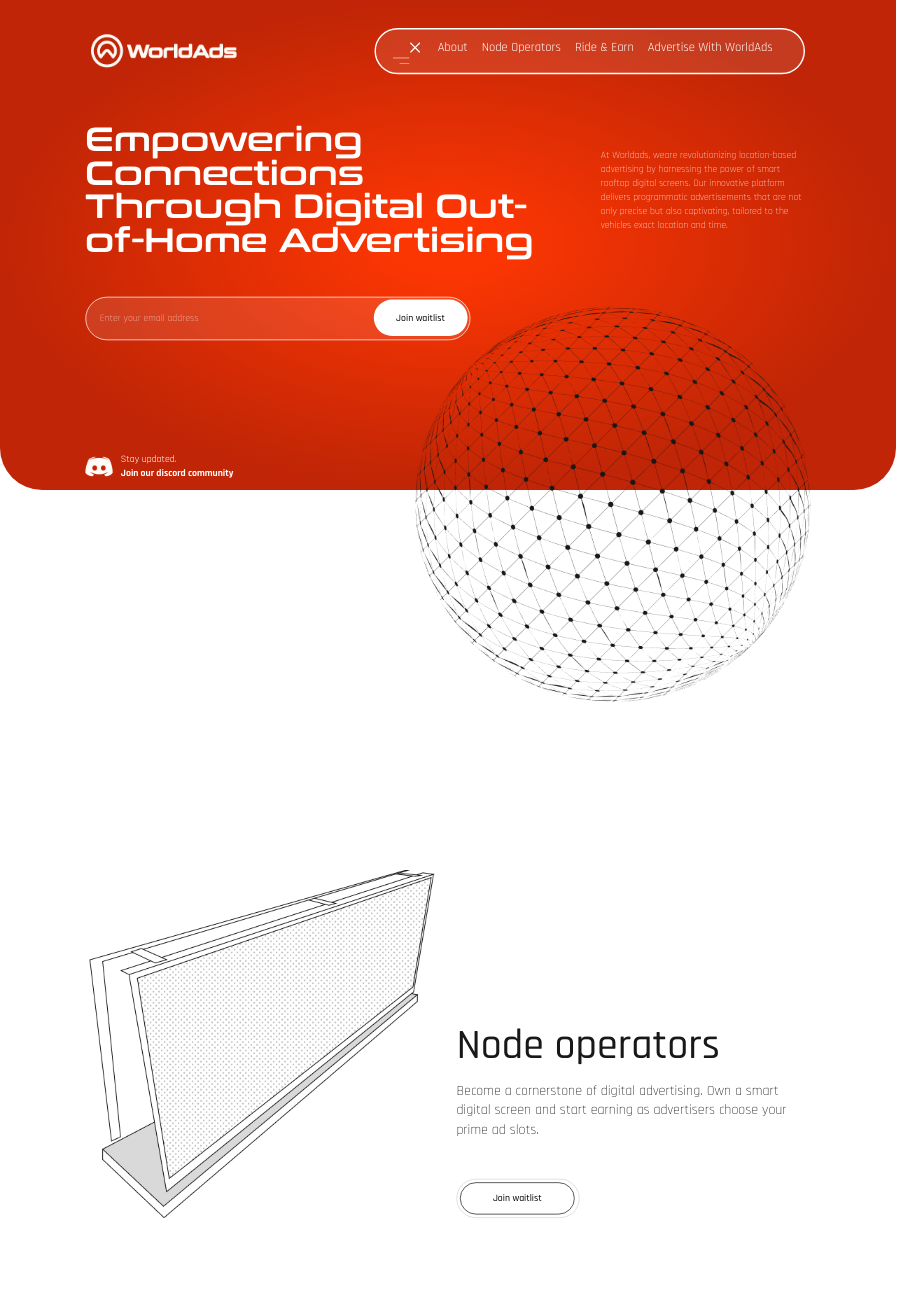
Repository: Abdul-Hannan232/worldAds
Page: /
These files come from the project's save history. The page is drawn as it stood at one moment and after a run of saves; the edit follows.
The browser window is 1280 px wide. The page is 1283 px wide, so the pictures cover 1283 px, including what lies to the right of the window. The pictures show the part of the page from y = 0 to 1880 px (the page is 3879 px tall), at 70% of full size.
The project was rebuilt for these pictures with package versions that can differ from the ones it lists, and the page was loaded fresh each time. The framework's server and built-in components were replaced by stand-ins that run in the browser. Also part of the build but not shown: next.config.mjs, app/component/NavContent.jsx.

Above is the page before, as saved 2024-05-10 22:24:36.

### app/page.tsx
import Image from "next/image";
import Header from "./component/Header"
import Main from "./component/Main";
import NavContent from "./component/NavContent";
import Advertise from "./component/advertise"
import Footer from "./component/footer"
import NodeOperator from "./component/nodeOperator"
import RideEarn from "./component/rideEarn"
export default function Home() {
  return (
    <>
      <div>
        <Header />
        <Main />
        <NodeOperator />
        <RideEarn />
        <Advertise />
        <Footer />
      </div>
    </>
  );
}

### app/globals.css
@import url('https://fonts.googleapis.com/css2?family=Exo+2:ital,wght@0,100..900;1,100..900&family=Rajdhani:wght@300;400;500;600;700&display=swap');

@tailwind base;
@tailwind components;
@tailwind utilities;
html{
  scroll-behavior: smooth;
}
.body {
  overflow-x: hidden; /* Hide scrollbars */
}
.dropdown-content {
  max-height: 0;
  overflow: hidden;
  transition: max-height 0.3s ease-in-out;
}

.dropdown-content.show {
  max-height: 100px; /* Set the max-height to whatever you prefer */
}

*{
  font-family: "Rajdhani", sans-serif;
  font-weight: 400;
  font-style: normal;
}
.background{
  background-image: url("/background.png");
  background-position: center;
  background-repeat: no-repeat;
  background-size: cover;

}
:root {
  --foreground-rgb: 0, 0, 0;
  --background-start-rgb: 214, 219, 220;
  --background-end-rgb: 255, 255, 255;
}

@media (prefers-color-scheme: dark) {
  :root {
    --foreground-rgb: 255, 255, 255;
    --background-start-rgb: 0, 0, 0;
    --background-end-rgb: 0, 0, 0;
  }
}

/* body {
  color: rgb(var(--foreground-rgb));
  background: linear-gradient(
      to bottom,
      transparent,
      rgb(var(--background-end-rgb))
    )
    rgb(var(--background-start-rgb));
} */

@layer utilities {
  .text-balance {
    text-wrap: balance;
  }
}

@font-face {
  font-family: 'font1';
  src: url('/assets/fonts/conthrax-sb.otf');
}

.font1{
  font-family: "font1" !important;
}

*{
  box-sizing: border-box !important
}

.gradient-color{
  background: radial-gradient(50% 50% at 50% 50%, #FC3603 11%, #BF2506 100%) !important;

}



/* pre loader */


/* styles.css or Preloader.module.css */
.preloader {
  display: flex;
  justify-content: center;
  align-items: center;
  height: 100vh;
}

.spinner {
  border: 4px solid red;
  border-top: 4px solid transparent;
  border-radius: 50%;
  width: 50px;
  height: 50px;
  animation: spin 1s linear infinite;
}
.preloader .spinner p{
  margin-left: 10px;
  color:red
}

@keyframes spin {
  0% { transform: rotate(0deg); }
  100% { transform: rotate(360deg); }
}

### app/component/Header.jsx
"use client"
import React, { useState, useEffect } from 'react';
import NavContent from './NavContent';
import { RxCross2 } from "react-icons/rx";

const Header = () => {
    const [isDrawerOpen, setIsDrawerOpen] = useState(false);
    const [isHeaderFixed, setIsHeaderFixed] = useState(false);
    const [open, setOpen] = useState(false);

    const handleDrawerToggle = () => {
        setIsDrawerOpen(!isDrawerOpen);
        console.log('Drawer open state:', isDrawerOpen);
    };

    const dropDownOpen = () => {
        setOpen(!open);
    }

    useEffect(() => {
        const handleScroll = () => {
            const scrollPosition = window.scrollY;

            if (scrollPosition > 10) {
                setIsHeaderFixed(true);
            } else {
                setIsHeaderFixed(false);
            }
        };

        window.addEventListener('scroll', handleScroll);

        return () => {
            window.removeEventListener('scroll', handleScroll);
        };
    }, []);

    const scrollToSection = (sectionId) => {
        const section = document.getElementById(sectionId);
        if (section) {
            const topOffset = section.offsetTop;
            const windowHeight = window.innerHeight;
            const scrollTo = topOffset - (windowHeight / 2 - section.offsetHeight / 2);
            window.scrollTo({ top: scrollTo, behavior: 'smooth' });
        }
    };

    return (
        <div className={`fixed w-full z-40 ${isHeaderFixed ? 'bg-red-600 py-5 lg:p-5' : 'bg-transparent py-10 lg:p-10'}`}>
            <div className="relative w-[85%] mx-auto flex justify-between items-center bg-transparent">
                <img src="./assets/images/logo.png" alt="Logo" className="lg:w-52 lg:h-12 w-36 h-8" />
                <button
                    className="bg-[#FFFFFF1A]   border-2 border-white lg:px-6 lg:py-3 px-3 py-1 hover:border rounded-[100px]"
                    type="button"
                    onClick={dropDownOpen}
                >
                    <div>
                        <ul className="px-5 flex items-center space-x-5 text-lg text-white justify-between">
                            <li><RxCross2 className="text-2xl font-bold" /></li>
                            <li><a href="#">About</a></li>
                            <li><a href="#nodeOperator" onClick={() => scrollToSection('nodeOperator')}>Node Operators</a></li>
                            <li><a href="#ride">Ride & Earn</a></li>
                            <li><a href="#advertise">Advertise With WorldAds</a></li>
                        </ul>
                    </div>
                    {open && (
                        <div className="absolute lg:block hidden top-0 right-0 border-2 bg-red-600 border-white rounded-full p-2">
                            <ul className="px-5 flex items-center space-x-5 text-lg text-white justify-between">
                                <li><a href="#">About</a></li>
                                <li><a href="#nodeOperator" onClick={() => scrollToSection('nodeOperator')}>Node Operators</a></li>
                                <li><a href="#ride">Ride & Earn</a></li>
                                <li><a href="#advertise">Advertise With WorldAds</a></li>
                                <li><RxCross2 className="text-2xl font-bold" /></li>
                            </ul>
                        </div>
                    )}

                    <img src="./assets/images/bars.svg" alt="Menu" className="w-6" />
                </button>
            </div>
        </div>
    );
};

export default Header;

### app/component/Main.jsx
import React from 'react'

const Main = () => {
    return (
        <>
            <div className='gradient-color h-[700px] w-full rounded-b-[60px] lg:pt-40 pt-24 px-5  sm:px-16 pb-14 relative  '>
                <div className="lg:w-[90%] w-[95%] mx-auto">


                    <div className="lg:flex lg:items-center justify-between ">

                        <div className="my-4">
                            <h1 className="lg:text-5xl text-2xl  lg:w-[650px] lg:text-start text-center text-white font1 ">Empowering Connections Through Digital Out-of-Home Advertising</h1>



                        </div>

                        <div className='my-4'>

                            <p className='text-white text-left font-light lg:text-sm text-xs lg:text-start text-center lg:w-[300px]'>At Worldads, weare revolutionizing location-based advertising by harnessing the power of smart rooftop digital screens. Our innovative platform delivers programmatic advertisements that are not only precise but also captivating, tailored to the vehicles exact location and time.</p>
                        </div>
                    </div>

                    <div class="relative lg:w-[550px]  rounded-[100px] mt-10">

                        <input type="text" id="default-search" className="block w-full lg:p-5 p-3  -10 lg:text-sm text-xs text-gray-900 bg-[#FFFFFF1A] border border-white focus:ring-white focus:border-white rounded-[100px] placeholder:text-[#FFFFFF80] " placeholder="Enter your email address" required />
                        <button type="submit" className=" absolute end-1 top-1 font-bold bg-white hover:bg-white-800 focus:ring-4 font-bold focus:outline-none focus:ring-none font-medium rounded-[100px] lg:text-sm text-xs lg:px-8 px-5 lg:py-4 py-2">Join waitlist</button>
                    </div>

                 <div className='relative'>

                    <div className="flex items-center gap-3 lg:mt-40 mt-5 lg:justify-start justify-center ">
                            <img src="./assets/images/discord.png" />
                            <div>
                                <p className="text-white text-sm">Stay updated.</p>
                                <p className="text-white font-bold text-sm">Join our discord community</p>
                            </div>
                        </div>
                        <img src="./assets/images/Vector(Black).png" className="text-white absolute  lg:-top-52 right-0 top-14" />

                    </div>
                </div>
            </div>
        </>
    )
}

export default Main

### app/component/advertise.jsx
"use client"
import Image from "next/image";
import { useState } from "react";
export default function Advertise() {
  const [precision, setPrecision] = useState(false)
  const precisionOpen = () => {
    setPrecision(!precision)
    setDynamic(false)
    setScalable(false)
  }
  const [dynamic, setDynamic] = useState(false)
  const dynamicDrop = () => {
    setDynamic(!dynamic)
    setScalable(false)
    setPrecision(false)
  }
  const [scalable, setScalable] = useState(false)
  const ScalableDrop = () => {
    setScalable(!scalable)
    setDynamic(false)
    setPrecision(false)
  }
  return (
    <div className="">
      <div id="advertise" className="xl:pl-32 2xl:pl-40   lg:flex lg:mt-48 mt-32 w-full background gap-24">
        <div className="-mt-14">
          <Image src="" alt="image" width={226} height={426} className="lg:w-[526px] lg:h-[726px] 2xl:w-[650px] 2xl:h-[926px]  lg:mx-0 mx-auto" />
        </div>
        <div className="lg:w-[60%] w-[90%]  lg:mx-0 mx-auto lg:mt-40 mt-10">
          <h1 className="xl:text-6xl text-5xl 2xl:text-8xl lg:text-start text-center font-medium text-[#181818]">Advertise with</h1>
          <h1 className="xl:text-6xl text-5xl 2xl:text-8xl lg:text-start text-center font-medium text-[#FC3603]">WorldAds</h1>
          <p className="xl:text-xl lg:text-lg text-sm 2xl:text-2xl lg:w-[400px] 2xl:w-[600px] mt-4 lg:text-start text-center text-[#030303]">Seize the spotlight in bustling areas with high-traffic visibility. Make your brand the center of attention with</p>
          <div className="h-[300px] overflow-scroll body">
            <div className="flex items-center lg:justify-start justify-center w-full gap-5 mt-10">
              <h1
                onClick={precisionOpen}
                className={`${precision ? "xl:text-3xl text-[#030303]" : "xl:text-2xl text-gray-400"
                  } cursor-pointer lg:text-2xl lg:text-start text-center text-2xl 2xl:text-6xl xl:w-[80%] lg:w-[80%] 2xl:w-[90%] font-bold`}
              >
                Precision Targeting
              </h1>
              <hr className={`${precision ?"lg:block hidden":"hidden"}   border w-[80%] l  border-[#FC3603]`} />
            </div>
            <div className={`transition-all duration-500 ${precision ? 'max-h-96' : 'max-h-0 overflow-hidden'}`}>
              {precision && (
                <p
                  className="lg:text-xl text-sm 2xl:text-2xl lg:w-80 lg:text-start w-40 lg:mx-0 mx-auto text-center mt-5"
                >
                  Reach your ideal audience at the right time and place.
                </p>
              )}
            </div>
            <hr className="border lg:border-[#7E7E7E33]  border-[#FC3603] lg:w-80 w-60 lg:mx-0 mx-auto my-5" />
            <div className="flex items-center lg:justify-start justify-center gap-5 w-full mt-10">
              <h1
                onClick={dynamicDrop}
                className={`${dynamic ? "xl:text-2xl text-[#030303]" : "xl:text-xl text-gray-400"
                  } lg:text-2xl cursor-pointer text-2xl 2xl:text-6xl font-bold lg:text-start text-center xl:w-[50%] lg:w-[45%] 2xl:w-[60%]`}
              >
                Dynamic HD Quality Ads
              </h1>
              <hr className={`${dynamic  ?"lg:block hidden":"hidden"}   border w-[50%]  2xl:w-[400px] border-[#FC3603]`} />
            </div>
            <div className={`transition-all duration-500 ${dynamic ? 'max-h-96' : 'max-h-0 overflow-hidden'}`}>
              {dynamic && (
                <p
                  className="lg:text-xl text-sm 2xl:text-2xl lg:w-80 w-52 lg:mx-0 mx-auto lg:text-start text-center mt-5"
                >
                  Captivate viewers with stunning, crystal-clear advertisements.
                </p>
              )}
            </div>
            <hr className="border lg:border-[#7E7E7E33]  border-[#FC3603] lg:w-80 w-60 lg:mx-0 mx-auto my-5" />
            <div className="flex items-center lg:justify-start justify-center w-full mt-10">
              <h1
                onClick={ScalableDrop}
                className={`${scalable ? "xl:text-3xl text-[#030303]" : "xl:text-2xl text-gray-400"
                  } cursor-pointer xl:text-xl lg:text-3xl text-2xl 2xl:text-6xl font-bold lg:text-start text-center xl:w-[80%] lg:w-[60%] 2xl:w-full text-[#030303]`}
              >
                Scalable Geofenced Campaigns
              </h1>
              <hr  className={`${scalable ?"lg:block hidden":"hidden"}  border w-[73%] border-[#FC3603]`} />
            </div>
            <div className={`transition-all duration-500 ${scalable ? 'max-h-96' : 'max-h-0 overflow-hidden'}`}>
              {scalable && (
                <p
                  className="lg:text-xl text-sm 2xl:text-2xl lg:text-start text-center w-40 lg:mx-0 mx-auto lg:w-96 mt-5"
                >
                  Customize and scale your campaigns with precision.
                </p>
              )}
            </div>
            <hr className="border lg:border-[#7E7E7E33]  border-[#FC3603] lg:w-80 w-60 lg:mx-0 mx-auto my-5" />
            <div className="border border-gray-300 xl:mt-14 mt-10 rounded-full lg:mx-0 mx-auto  xl:w-44 w-36 ">
              <button className="text-center text-sm border xl:p-3 md:p-3 p-2 rounded-full  xl:w-[164px] w-[133px] font-medium m-1 border-[#181818]">Join waitlist</button>
            </div>
          </div>
        </div>

      </div>
    </div>
  )
}

### app/component/footer.jsx
import Image from "next/image"
export default function Footer() {
    return (
        <div className="bg-[#181818] ] w-full mt-20 lg:py-12 pt-12 lg:p-4">
            <div className="lg:w-[80%] w-[90%] lg:flex items-center justify-between mx-auto py-12" >
                <div>
                    <h1 className="lg:text-5xl text-3xl  lg:w-[500px] w-[250px] lg:mx-0 mx-auto font-medium lg:text-start text-center text-white">Innovating Digital Advertising</h1>
                </div>
                <div className="lg:flex text-white lg:mt-0 mt-10 items-center gap-10">
                    <div>
                        <ul className="text-lg lg:text-start text-center space-y-3">
                            <li>Blog</li>
                            <li>Contact Us</li>
                        </ul>
                    </div>
                    <div>
                        <ul className="text-lg lg:mt-0 mt-3 lg:text-start text-center space-y-3">
                            <li>Privacy Policy</li>
                            <li>Terms Of Service</li>
                        </ul>
                    </div>
                </div>
            </div>
            <div className="text-white relative mx-auto mt-5 lg:w-[80%]">
                <div className="flex items-center gap-1 w-40 lg:w-[80%] lg:mx-0 mx-auto">
                    <Image src="/Group.png" alt="logo" width={37.49} height={37.49}  className="lo "/>
                    <h1 className="text-2xl font-meidum">WorldsAds</h1>
                </div>
                <div className="flex items-center lg:justify-start w-[90%] lg:mx-0 mx-auto lg:w-[80%] justify-center mt-5 gap-10">
                    <p className="lg:text-sm text-[12px] lg:text-start text-center  font-light ">©2024 WorldAds Tech DAO LLC. All Right Reserved </p>
                    <hr className="border lg:block hidden border-[#707070] w-96" />
                </div>
                <Image src="/FooterImage.png" alt="vector" width={231.11} height={231.11} className="absolute lg:-top-16 lg:block hidden z-20 lg:-right-36 "/>
                <Image src="/FooterImage (1).png" alt="vector" width={551.11} height={451.11} className=" lg:hidden block mt-10 "/>

            </div>
        </div>
    )
}

### app/component/nodeOperator.jsx
import React from 'react'
import Image from 'next/image'
const NodeOperator = () => {
    return (
        <>
            <div id="nodeOperator" className="lg:flex w-[80%] mt-80 h-screen mx-auto items-end justify-between">
                <div >
                    <Image src="/Group 1.png" alt="Image" width={203} height={207} className="lg:w-[493px] lg:h-[497px] lg:mx-0 mx-auto " />
                </div>
                <div  className="xl:w-[500px]  md:w-[400px] lg:mt-0 mt-10 lg:mx-0 mx-auto">
                    <h1 className="xl:text-6xl md:text-5xl text-3xl font-medium lg:text-start text-center text-[#181818]">Node operators</h1>
                    <p className="xl:text-xl lg:text-sm text-md font-light lg:w-auto md:w-80  lg:text-sm md:text-md text-xs  lg:mx-0 mx-auto text-[#030303] lg:text-start text-center mt-5">Become a cornerstone of digital advertising. Own a smart digital screen and start earning as advertisers choose your prime ad slots.</p>
                    <div className="border border-gray-300 xl:mt-14 mt-10 rounded-full lg:mx-0 mx-auto  xl:w-44 w-36 ">
                        <button className="text-center text-sm border xl:p-3 md:p-3 p-2 rounded-full  xl:w-[164px] w-[133px] font-medium m-1 border-[#181818]">Join waitlist</button>
                    </div>
                </div>
            </div>


            </>
  )
}

export default NodeOperator

### app/component/rideEarn.jsx
import React from 'react'
import Image from "next/image";

const RideEarn = () => {
  return (
    <div>
         <div id="ride"className="flex lg:flex-row flex-col-reverse h-screen w-[80%] mt-20 mx-auto items-end justify-between">
          <div className="xl:w-[410px] md:w-[400px] lg:mt-0 mt-10 lg:mx-0 mx-auto">
            <h1 className="xl:text-6xl md:text-5xl text-3xl font-medium lg:text-start text-center text-[#181818]">Ride & Earn</h1>
            <p className="xl:text-lg lg:w-auto md:w-80  lg:text-sm md:text-md text-xs font-light lg:w-auto  lg:mx-0 mx-auto text-[#030303] lg:text-start text-center mt-5">Transform every journey into a profitable venture. Our Smart Rooftop Digital Screens turn miles into money, making every trip count.</p>
            <div className="border border-gray-300 xl:mt-14 mt-10 rounded-full lg:mx-0 mx-auto  xl:w-44 w-36 ">
              <button className="text-center text-sm border xl:p-3 md:p-3 p-2 rounded-full  xl:w-[164px] w-[133px] font-medium m-1 border-[#181818]">Join waitlist</button>
            </div>
          </div>
          <div >
            <Image src="/GroupCroped.png" alt="Image" width={453} height={357} className="lg:w-[563.48px] lg:h-[450.27px] lg:mx-0 mx-auto " />
          </div>
        </div>
    </div>
  )
}

export default RideEarn

Loaded but not shown: app/layout.tsx (common file); tailwind.config.ts (common file)

After the next 3 saves:
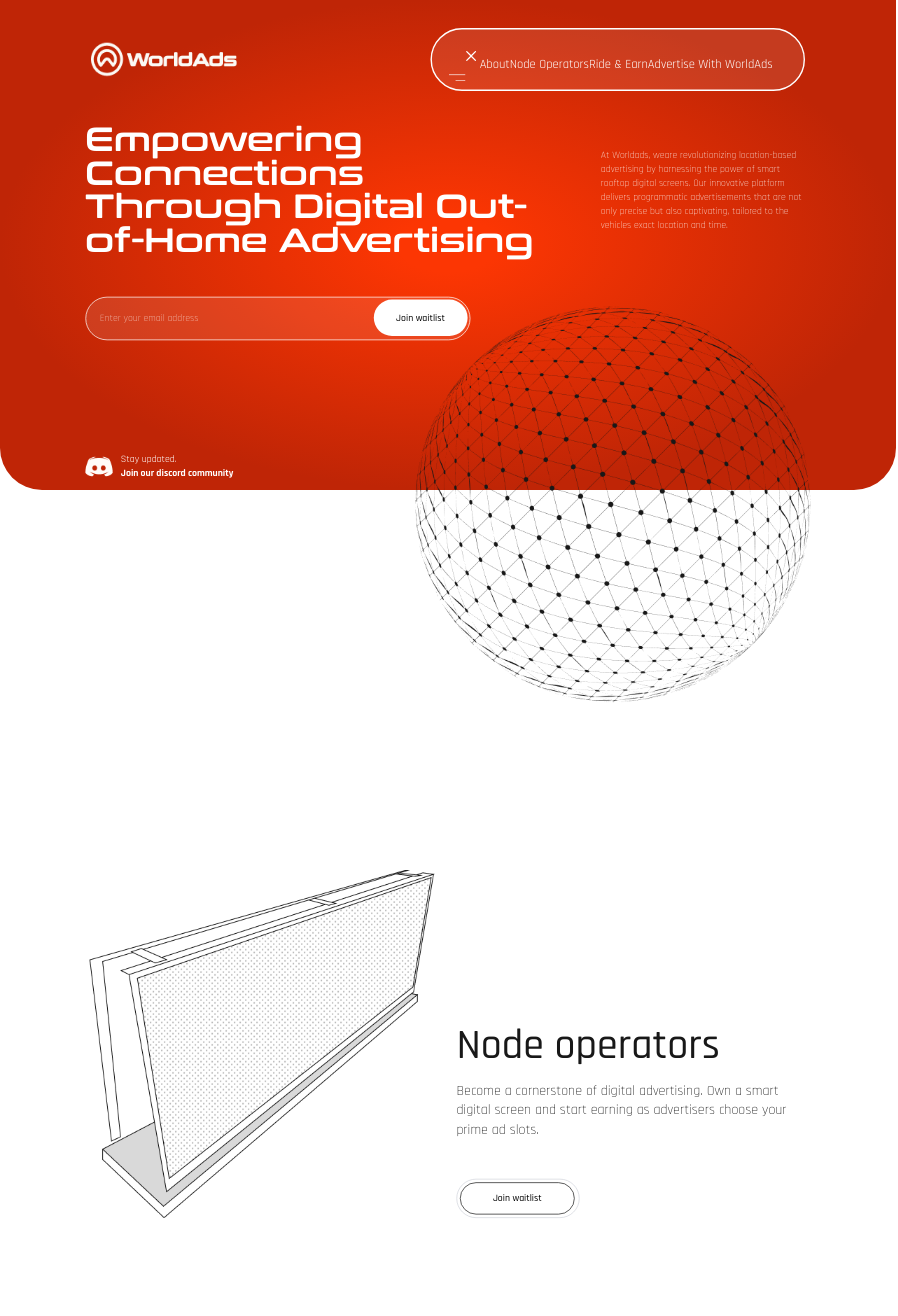
The 3 saves are shown as one change because they came seconds apart.
The last was saved 13 s later.
--- a/app/component/Header.jsx
+++ b/app/component/Header.jsx
@@ -55,7 +55,7 @@ const Header = () => {
                     onClick={dropDownOpen}
                 >
                     <div>
-                        <ul className="px-5 flex items-center space-x-5 text-lg text-white justify-between">
+                        <ul className="px-5 flex items-center space-y-6 t text-lg text-white justify-between">
                             <li><RxCross2 className="text-2xl font-bold" /></li>
                             <li><a href="#">About</a></li>
                             <li><a href="#nodeOperator" onClick={() => scrollToSection('nodeOperator')}>Node Operators</a></li>
